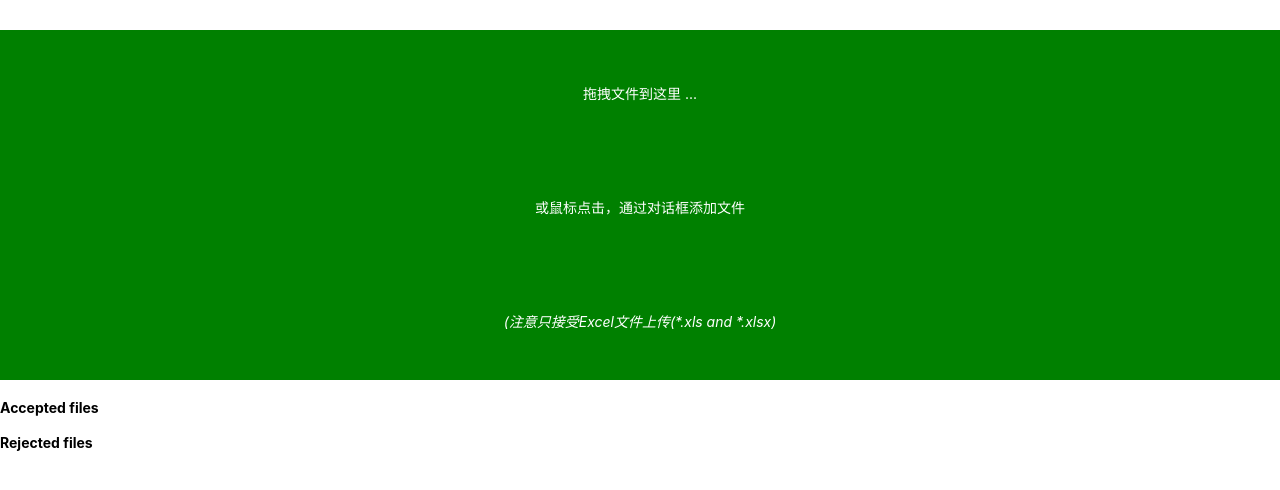
Repository: enigmawxy/abi2020
Page: /
An editor plug-in stored every save of this project. The page is shown before and after the next save, followed by the edit.
The browser window is 1280 px wide. The pictures show the whole page.
The page's requests for data from a server got no answer. The project was rebuilt for these pictures with package versions that can differ from the ones it lists, and the page was loaded fresh each time. No one was signed in, and anything a server would have sent is missing. Also part of the build but not shown: src/components/login/login.scss, src/components/login/login.jsx, src/common/header.scss, src/common/header.jsx, src/common/footer.scss, src/common/footer.jsx, src/components/register/content.scss, src/components/register/content.jsx and 3 more.

Above is the page before, as saved 2020-08-19 10:54:14.

### src/App.js
import React from 'react';
import './App.css';
import Login from './components/login/login'
import Register from './components/register/register';
import Accept from './common/Accept';
import Previews from './common/Previews'

function App() {
  return (
    <div className="App">
      <Accept/>
    </div>
  );
}

export default App;

### src/common/Accept.jsx
import React, { useState, useEffect } from 'react';
import {useDropzone} from 'react-dropzone';
import './Accept.scss'

function Accept(props) {
  const [curr, setFile] = useState('')
  const [currFile, setCurrFile] = useState(null)

  const {
    acceptedFiles,
    fileRejections,
    getRootProps,
    getInputProps,
    isDragActive,
    isDragAccept,
    isDragReject
  } = useDropzone({
    accept: ".csv,application/vnd.ms-excel,application/vnd.openxmlformats-officedocument.spreadsheetml.sheet"
  });

  useEffect(()=>{
    console.log(curr, currFile)
    let serverURL = "http://localhost:9093/manage/bi/uploadExcelTest"
    const xhr = new XMLHttpRequest();
    const fd = new FormData();
    xhr.onreadystatechange = function() {
      if (xhr.readyState === 4 && xhr.status === 200) {
          console.log(xhr.responseText)
      }
    };

    xhr.upload.addEventListener("progress", function(event) {
      if(event.lengthComputable){
          //setProgress(Math.ceil(event.loaded * 100 / event.total) + "%")
      }
    }, false);

    fd.append("file", currFile);
    xhr.open("POST", serverURL, true);
    xhr.send(fd);
  }, [curr])

  const acceptedFileItems = acceptedFiles.map(file => {
    // 上传文件, 下面几行代码是为了解决重复上传的问题，因为拖拽时
    // 这个功能不断被调用，文件都是同一个文件所以使用这两个变量来实现
    // 文件上传的动作在useEffect副作用中执行。
    if(curr == '') {
      setFile(file.name)
      setCurrFile(file)
    }
    else {
      if(curr !== file.name) {
        setFile(file.name)
        setCurrFile(file)
      }
    }

    return (
      <li key={file.path}>
        {file.path} - {file.size} bytes
      </li>
    )
  });

  const fileRejectionItems = fileRejections.map(({ file, errors }) => {
    console.log(file);
    return (
      <li key={file.path}>
        {file.path} - {file.size} bytes
        <ul>
          {errors.map(e => (
            <li key={e.code}>{e.message}</li>
          ))}
        </ul>
      </li>
  )});

  return (
    <section className="container">
      <div {...getRootProps({ className: 'dropzone' })}>
        <input {...getInputProps()} />
        {isDragAccept && (<p>文件被接受</p>)}
        {isDragReject && (<p>文件被拒收</p>)}
        {!isDragActive && (<p>拖拽文件到这里 ...</p>)}
        <p>或鼠标点击，通过对话框添加文件</p>
        <em>(注意只接受Excel文件上传(*.xls and *.xlsx)</em>
      </div>
      <aside>
        <h4>Accepted files</h4>
        <ul>{acceptedFileItems}</ul>
        <h4>Rejected files</h4>
        <ul>{fileRejectionItems}</ul>
      </aside>
    </section>
  );
}

export default Accept

### src/common/Accept.scss
.container {
    width: 100%;
    height: 100%;
    display: flex;
    flex-direction: column;
    .dropzone {
        height: 350px;
        margin-top: 30px;
        background: green;
        text-align: center;
        p, em {
            height: 100px;
            line-height: 100px;
            color: #fff;
        }
    }
    aside {
        flex: 1;
        background: #fff;
    }
}

.progress-bar {
    border: 1px solid #000;
    .progress {
        width: 0;
        background: #DEDEDE;
        height: 20px;
    }
}

Loaded but not shown: src/index.js (common file); src/index.css (common file); src/serviceWorker.js (common file); src/App.css (common file)

After the next save:
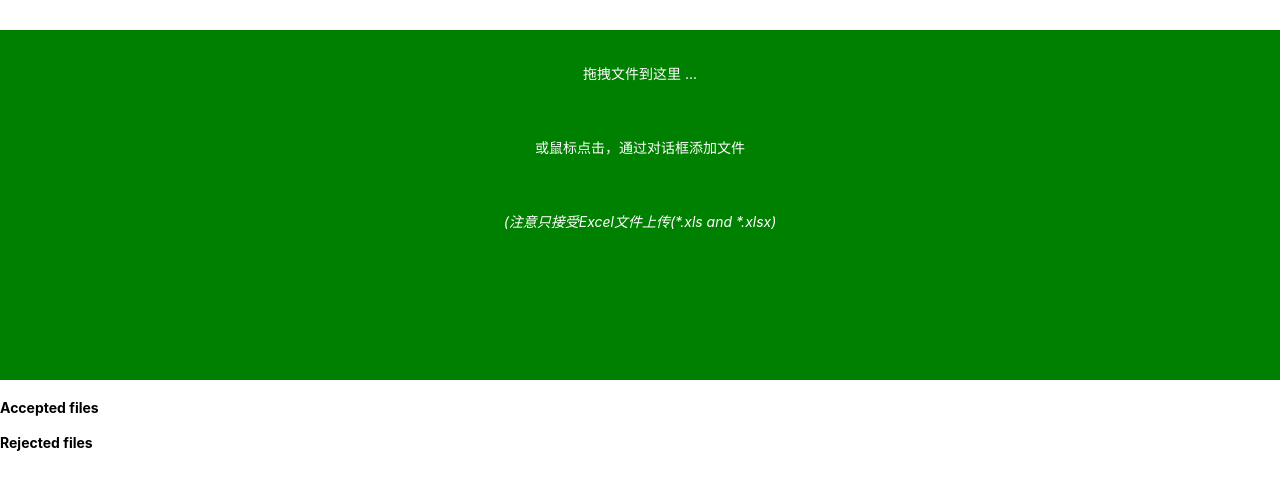
Saved 16 s later.
--- a/src/common/Accept.scss
+++ b/src/common/Accept.scss
@@ -9,8 +9,8 @@
         background: green;
         text-align: center;
         p, em {
-            height: 100px;
-            line-height: 100px;
+            height: 60px;
+            line-height: 60px;
             color: #fff;
         }
     }
